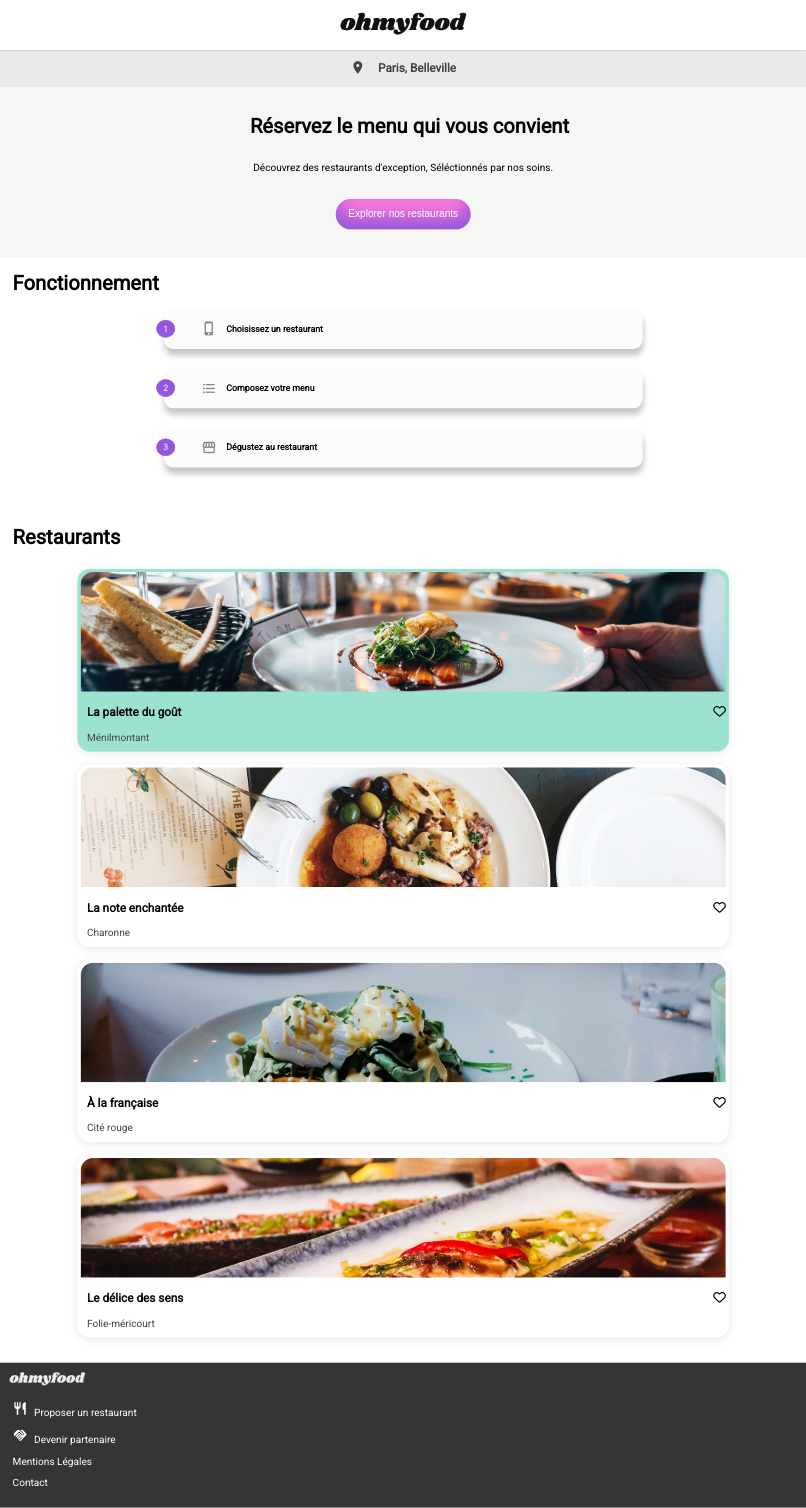
Repository: Liinseyy/Liinseyy
Page: ohmyfood/index.html
An editor plug-in stored every save of this project. The page is shown before and after the next save, followed by the edit.
The browser window is 1280 px wide. The pictures show the whole page, at 63% of full size.
The pointer rests on the first visible `.blockrestaurants`.
Some web libraries are served in a nearby version. The style sheet was rebuilt from its Sass, Less or Tailwind sources for each picture, by a compiler version that may differ from the author's.

Above is the page before, as saved 2022-04-26 10:42:50.

### ohmyfood/index.html
<!DOCTYPE html>
<html lang="fr">
<head>
    <link rel="preconnect" href="https://fonts.googleapis.com">
    <link rel="preconnect" href="https://fonts.gstatic.com" crossorigin>
    <link href="https://fonts.googleapis.com/css2?family=Raleway&display=swap" rel="stylesheet">
    <link href="https://fonts.googleapis.com/icon?family=Material+Icons"
    rel="stylesheet">
    <link href="https://fonts.googleapis.com/css2?family=Roboto&display=swap" rel="stylesheet">
    <script src="https://kit.fontawesome.com/baf4cb477f.js" crossorigin="anonymous"></script>
    <link rel="stylesheet" href="style.css"/>
    <meta charset="UTF-8">
    <meta name="viewport" content="width=device-width, initial-scale=1.0">
    <title>Ohmyfood</title>
</head>



<body>
<header>

    <!-- PARTIE LOGO-->
    <nav>
        <div class="logo">
            <a href="#"><img src="images/logo/ohmyfood.png" alt="logo ohmyfood"></a>
        </div>
    </nav>
    <!-- LOCALISATION Paris Belleville-->

    <div class="localisation">
        <div class=icon><i class="material-icons">room</i></div><a href="#"><h3>Paris, Belleville</h3></a>
    </div>

        <!-- RESERVEZ LE MENU-->

    <div class="mainreservez">
        <h1>Réservez le menu qui vous convient</h1>
        <p>Découvrez des restaurants d'exception, Séléctionnés par nos soins.</p>

        <button class="explorer" type="button"><a href="#">Explorer nos restaurants</a></button>

    </div>

</header>
        <!-- FONCTIONNEMENT-->

    <div class="fonctionnement">

        <h1>Fonctionnement</h1>

        <div class="containeretapes">


            <div class="etapes"><span class="number">1</span><div class=icons><i class="material-icons">phone_iphone</i></div><strong>Choisissez un restaurant</strong></div>


            <div class="etapes"><span class="number">2</span><div class=icons><i class="material-icons">format_list_bulleted</i></div><strong>Composez votre menu</strong></div>


            <div class="etapes"><span class="number">3</span><div class=icons><i class="material-icons">storefront</i></div><strong>Dégustez au restaurant</strong></div>
        </div>
    </div>

        <!-- RESTAURANTS-->
        <h1>Restaurants</h1>
    <article class="restaurants">

        <div class="blockrestaurants">
            <a href="#">
                <img src="images/restaurants/palettegout.jpg" alt="Palette de goût">
                <div class="descriptionrestaurant">
                    <h3>La palette du goût
                        <span class="coeur"><i class="far fa-heart"></i></span></h3>

                    <p>Ménilmontant</p>
                </div></a>
            </div>

        <div class="blockrestaurants">
            <a href="#">
                <img src="images/restaurants/noteenchantee.jpg" alt="Note enchantee">

                <div class="descriptionrestaurant">
                    <h3>La note enchantée<div class="coeur"><i class="far fa-heart"></i></div></h3>
                    <p>Charonne</p>
                </div></a>
        </div>

        <div class="blockrestaurants">
            <a href="#">
                <img src="images/restaurants/francaise.jpg" alt="La française">

                <div class="descriptionrestaurant">
                    <h3>À la française<div class="coeur"><i class="far fa-heart"></i></div></h3>
                    <p>Cité rouge</p>
                </div></a>
        </div>

        <div class="blockrestaurants">
            <a href="#">
                <img src="images/restaurants/delicesens.jpg" alt="Le délice des sens">

                <div class="descriptionrestaurant">
                    <h3>Le délice des sens<div class="coeur"><i class="far fa-heart"></i></div></h3>
                    <p>Folie-méricourt</p>
                </div>
        </div></a>
</article>



<footer>

    <img src="images/logo/ohmyfood.png">
    <p><i class="material-icons">restaurant</i>Proposer un restaurant</p>
    <p><i class="material-icons">handshake</i>Devenir partenaire</p>
    <p>Mentions Légales</p>
    <p>Contact</p>
</footer>

### ohmyfood/sass/style.scss
$primaire:#9356DC;
$secondaire:#FF79DA ;
$tertiaire:#99E2D0;

html{
    font-family: 'Roboto', sans-serif;
}
body{
    margin:0;
}
a{
    text-decoration: none;
    color: rgb(66, 66, 66);
}

/* partie logo OHMYFOOD*/

header nav{
    display:flex;
    justify-content:center;
    align-items:center;
    border-bottom: solid 1px white;
    box-shadow: grey 0 5px 5px;

}

header img{
    width: 200px;
}

.logo{
    display: flex;
    justify-content: center;
    align-items: center;
    margin: 20px;
}

/* Partie Localisation*/

.localisation{
    display: flex;
    justify-content: center;
    align-items: center;
    background-color: #EAEAEA;
    color: rgb(66, 66, 66);}

    .icon{
        margin-right: 20px;
    }

/*RESERVEZ LE MENU*/

.mainreservez{
    padding:20px;
    display: flex;
    justify-content: center;
    align-items: center;
    flex-direction: column;
    text-align: center;
    background-color: #F6F6F6;
}

.explorer{
    margin:25px;
    border: 0;
    padding:15px 20px;
    font-size: 1rem;
    text-align: center;
    color:white;
    background-color: $secondaire;
    box-shadow: inset 0 -20px 30px $primaire;
    border-radius: 28px;
}
    .explorer:hover{
    background-color: #ffc5ef;
    box-shadow: inset 0 -20px 50px #bb92ee;
    }
        .explorer a{
            color:white;
        }

/*FONCTIONNEMENT*/

.fonctionnement{
    display: flex;
    flex-direction: column;
}
    .fonctionnement h1{
        margin-left: 20px;
    }

.containeretapes{
    display: flex;
    justify-content: center;
    align-items: center;
    flex-direction: column;
    margin-bottom: 40px;
}

.etapes{
    display: flex;
    align-items: center;
    background-color: #fcfcfc;
    border:solid 0px;
    border-radius: 15px;
    box-shadow:rgb(197, 195, 195) 1px 10px 10px ;
    padding: 20px 60px;
    margin-bottom: 30px;
    font-size: 14px;
    width:50%;
}
    .icons{
        display: flex;
        margin-right:15px;
        color:grey;
    }
    .etapes:hover{
        background-color: #d2b6f39a;
        >.icons:hover{
                color:$primaire;
        }
    }


/*Les chiffres dans les ronds*/
.number{
    display:flex;
    padding: 5px 10px;
    border: solid $primaire 1px;
    border-radius: 100%;
    background-color: $primaire;
    color: white;
    position: absolute;
    margin:-72px;
}

/*RESTAURANTS*/
.restaurants{
    display: flex;
    flex-direction: column;
    align-items: center;
}
h1{
    margin-left:20px;
}
@keyframes flash
{
    0% {opacity: .4;}
	100% {opacity: 1;}
}
.blockrestaurants:hover{
    opacity:1;
    -webkit-animation: flash 2s;
    animation:flash 2s;
    background-color: $tertiaire;
}
.blockrestaurants{
    display:flex;
    flex-direction: column;
    background-color: white;
    width:80%;
    height:280px;
    margin: 10px 0px;
    padding: 5px 5px;
    border-radius: 20px;
    box-shadow: 0 3px 15px rgba(0, 0, 0,0.1);
    img
    {
        height: 190px;
        width: 100%;
        border-radius: 20px 20px 0 0;
        object-fit: cover;}

}
img:hover{
    opacity:1;
    -webkit-animation: flash 2s;
    animation:flash 2s;
    background-color: #c1e0ff;
}
.descriptionrestaurant h3{
    color:black;
    margin-left:10px;
}
.descriptionrestaurant p{
    margin:10px;

}

/* le coeur*/
.coeur{
    display: flex;
    justify-content: flex-end;
    float:right;
    font-size: 20px;
    color:black;
    .fa-heart{
        font-size:20px;
    }

    .fa-heart:hover{
        font-size: 20px;
        font-weight: 900;
        background: linear-gradient(0deg, rgba(255,117,226,1) 23%, rgba(192,102,219,1) 100%);
        background-clip: text;
        -webkit-background-clip: text;
        color: transparent;
        /*animation du coeur*/
        transition-timing-function: linear;
        transition-duration: 0.5s;
    }

}



/*LE FOOTER*/
footer{
    margin-top: 30px;
    background-color: #353535;
    height:230px;
    display: flex;
    flex-direction: column;
}
footer p{
    color:white;
    margin: 0 0 15px 20px;
}

footer .material-icons{
    padding: 0px 10px 0 0;
    display: inline;
    align-items: center;
}
footer img{
    width:120px;
    margin: 15px 0 25px 15px;
    /*change le logo en blanc*/
    filter:invert(1);
}

@media screen and (min-width:1000px){

    header {

    }

}

After the next save:
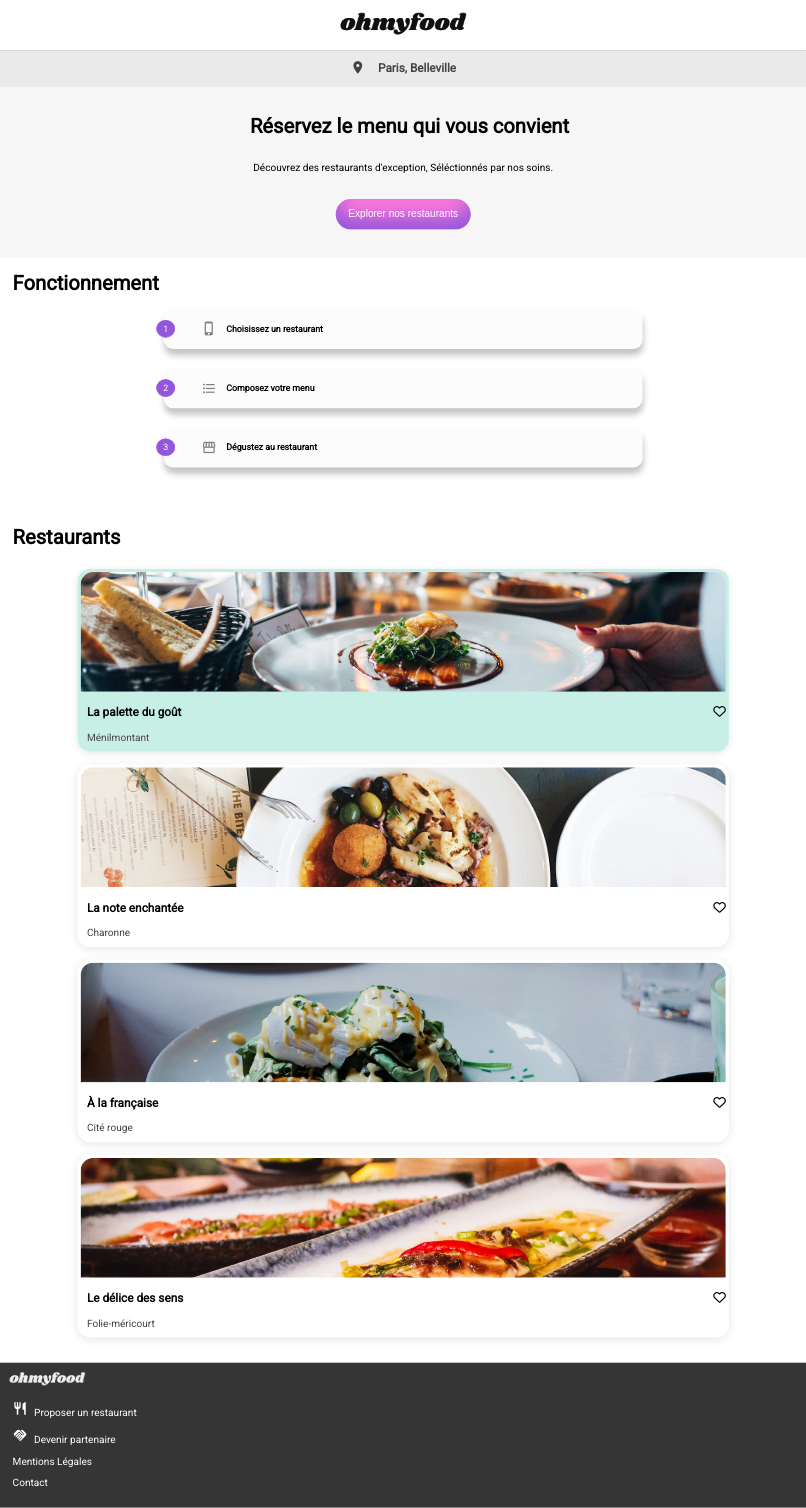
Saved 25 s later.
--- a/ohmyfood/sass/style.scss
+++ b/ohmyfood/sass/style.scss
@@ -152,7 +152,7 @@ h1{
     opacity:1;
     -webkit-animation: flash 2s;
     animation:flash 2s;
-    background-color: $tertiaire;
+    background-color: #99e2d08c;
 }
 .blockrestaurants{
     display:flex;
